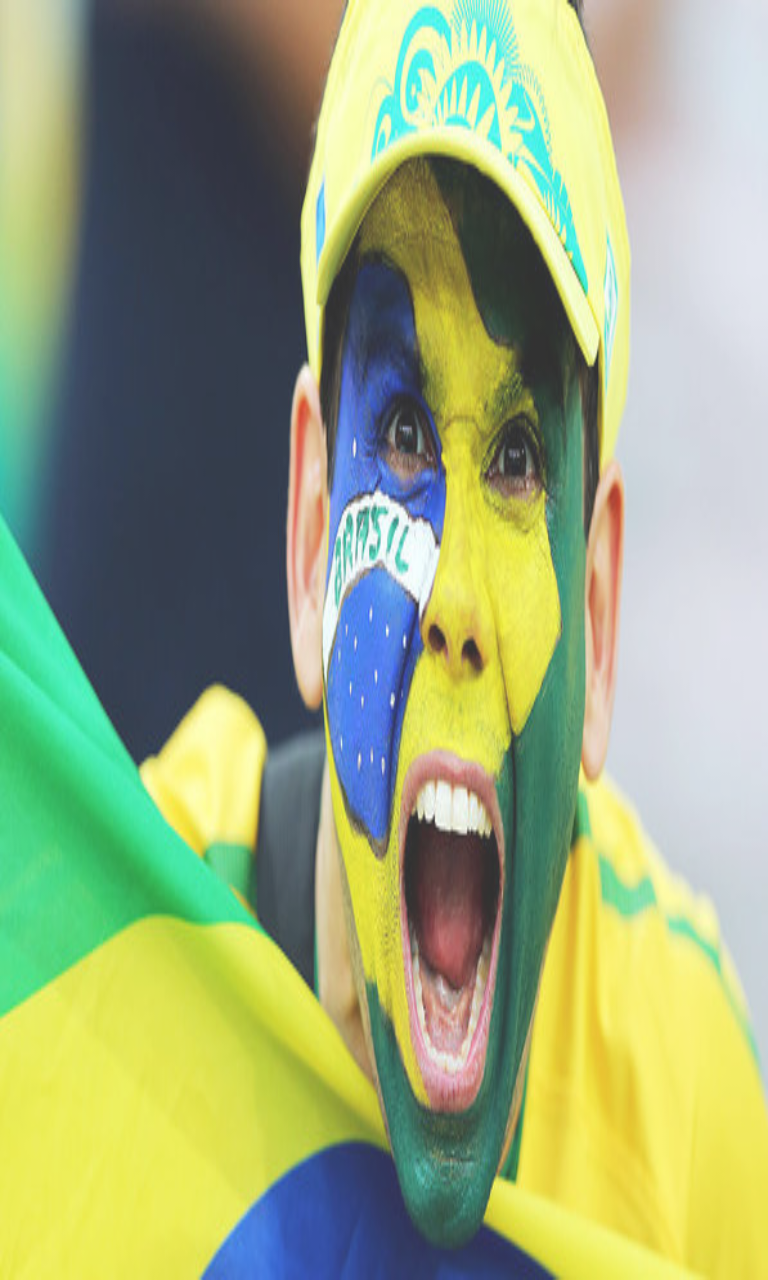
Repository: wellingtondessuy/AppLearning
Layout: HappyApp/res/layout/fragment_1.xml
An editor plug-in stored every save of this project. The layout is shown before and after a run of saves, followed by the edit.
It is drawn on a 768 x 1280 px phone screen (xhdpi) without system bars, with theme AppTheme; the app's code is not run.

Above is the layout before, as saved 2015-05-22 13:20:53.

After the next 2 saves:
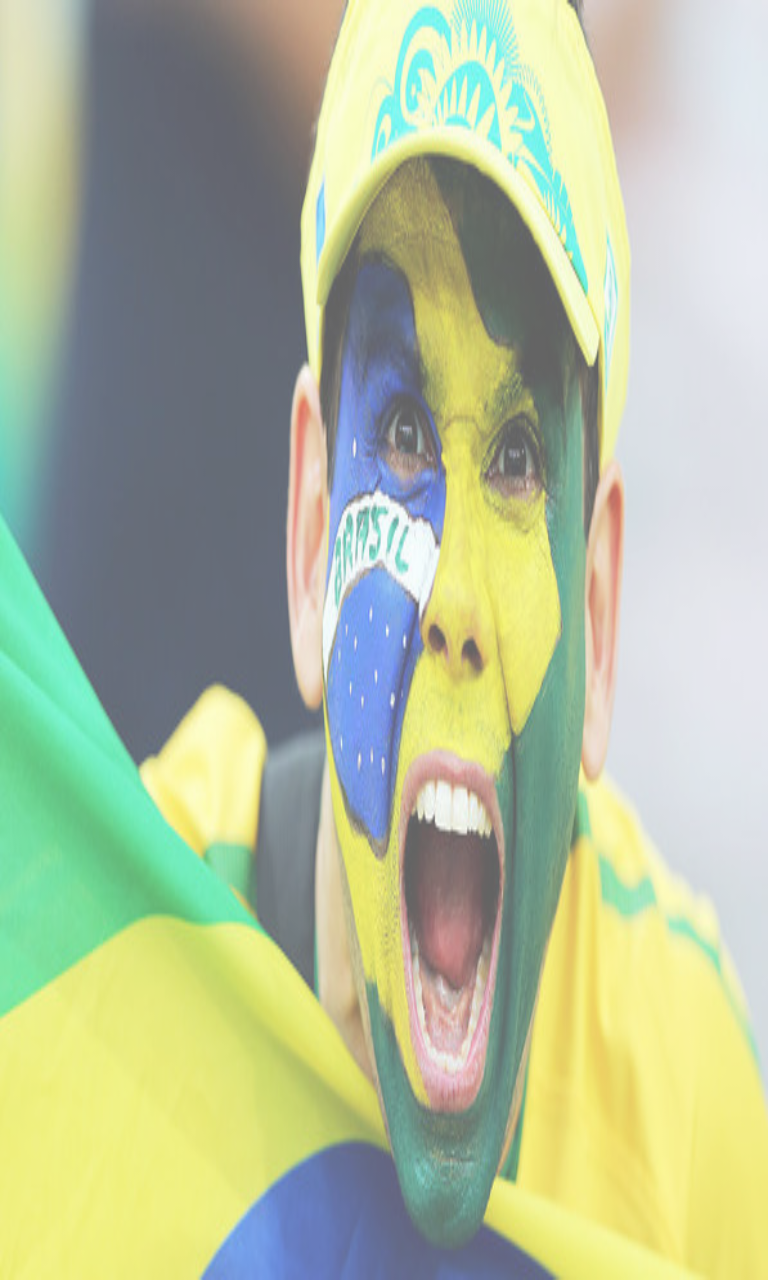
The 2 saves are shown as one change because they came seconds apart.
The last was saved 17 s later.
--- a/HappyApp/res/layout/fragment_1.xml
+++ b/HappyApp/res/layout/fragment_1.xml
@@ -7,7 +7,7 @@
     android:paddingRight="@dimen/activity_horizontal_margin"
     android:paddingTop="@dimen/activity_vertical_margin"
     android:background="@drawable/back_1"
-    android:alpha="0.8"
+    android:alpha="0.6"
     tools:context="com.example.happyapp.MainActivity$PlaceholderFragment" >
 
 </RelativeLayout>
